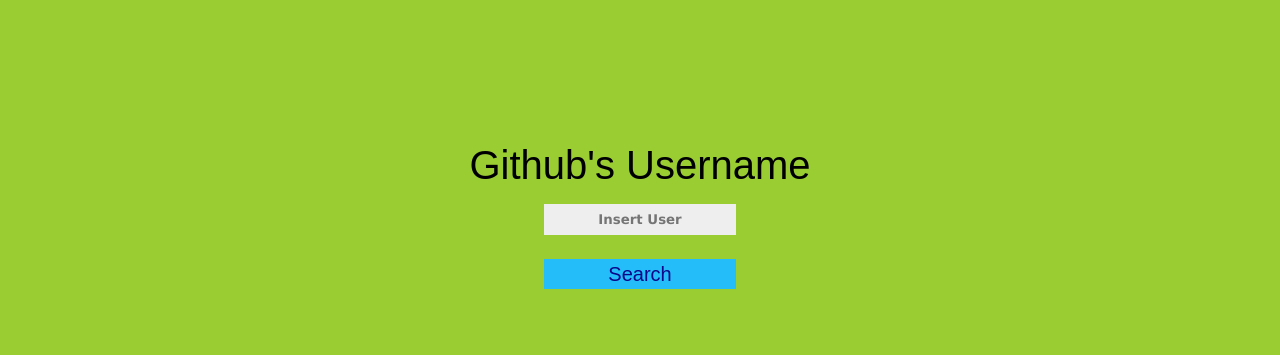
Repository: Orifiel/teste
Page: desafioMod4/desafioJavascritpt0402.html
These files come from the project's save history. The page is drawn as it stood at one moment and after the next save; the edit follows.
The browser window is 1280 px wide. The pictures show the whole page.
Some web fonts or font styles are not loaded; a fallback is used.

Above is the page before, as saved 2020-08-24 15:31:23.

After the next save:
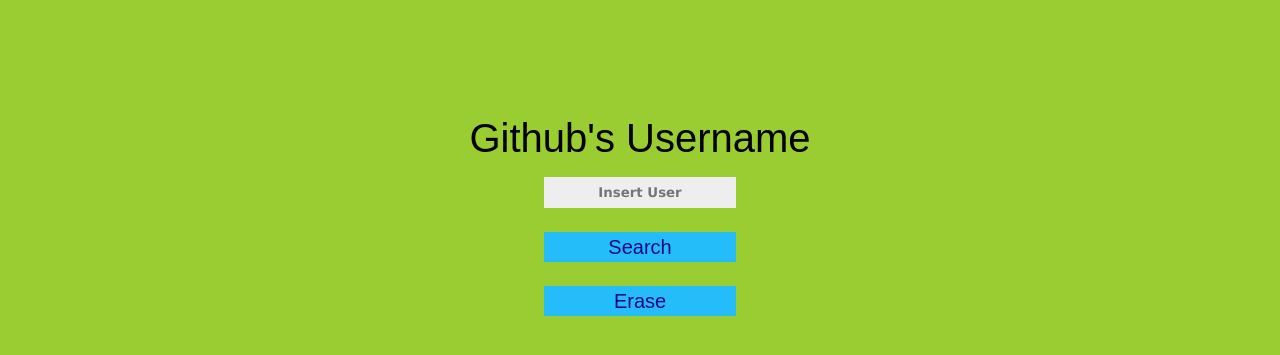
Saved 2 min 8 s later.
--- a/desafioMod4/desafioJavascritpt0402.html
+++ b/desafioMod4/desafioJavascritpt0402.html
@@ -85,6 +85,8 @@
         <label for="username">Github's Username</label>
         <input type="text" name="username" id="username" placeholder="Insert User" required>
         <button onclick='searchUserInGithub()'>Search</button>
+        <button onclick='removeList()'>Erase</button>
+
     </div>
     <div id="repo-container">
         <ul id="respositorys">

After the 3 saves that followed:
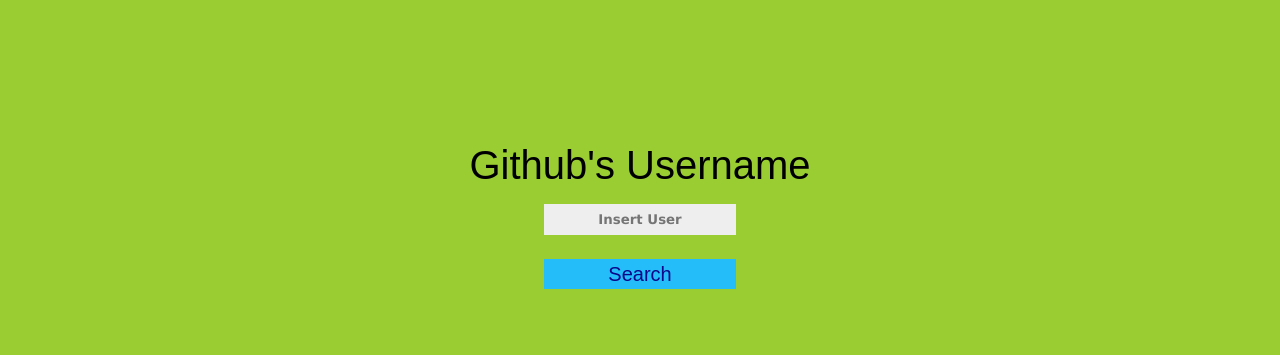
The 3 saves are shown as one change because 2 left the picture as it was.
The last was saved 71 s later.
--- a/desafioMod4/desafioJavascritpt0402.html
+++ b/desafioMod4/desafioJavascritpt0402.html
@@ -85,7 +85,7 @@
         <label for="username">Github's Username</label>
         <input type="text" name="username" id="username" placeholder="Insert User" required>
         <button onclick='searchUserInGithub()'>Search</button>
-        <button onclick='removeList()'>Erase</button>
+
 
     </div>
     <div id="repo-container">
--- a/desafioMod4/desafioJavascritpt0402.js
+++ b/desafioMod4/desafioJavascritpt0402.js
@@ -44,7 +44,3 @@
     })
 
 }
-
-function removeList(){
-
-}
